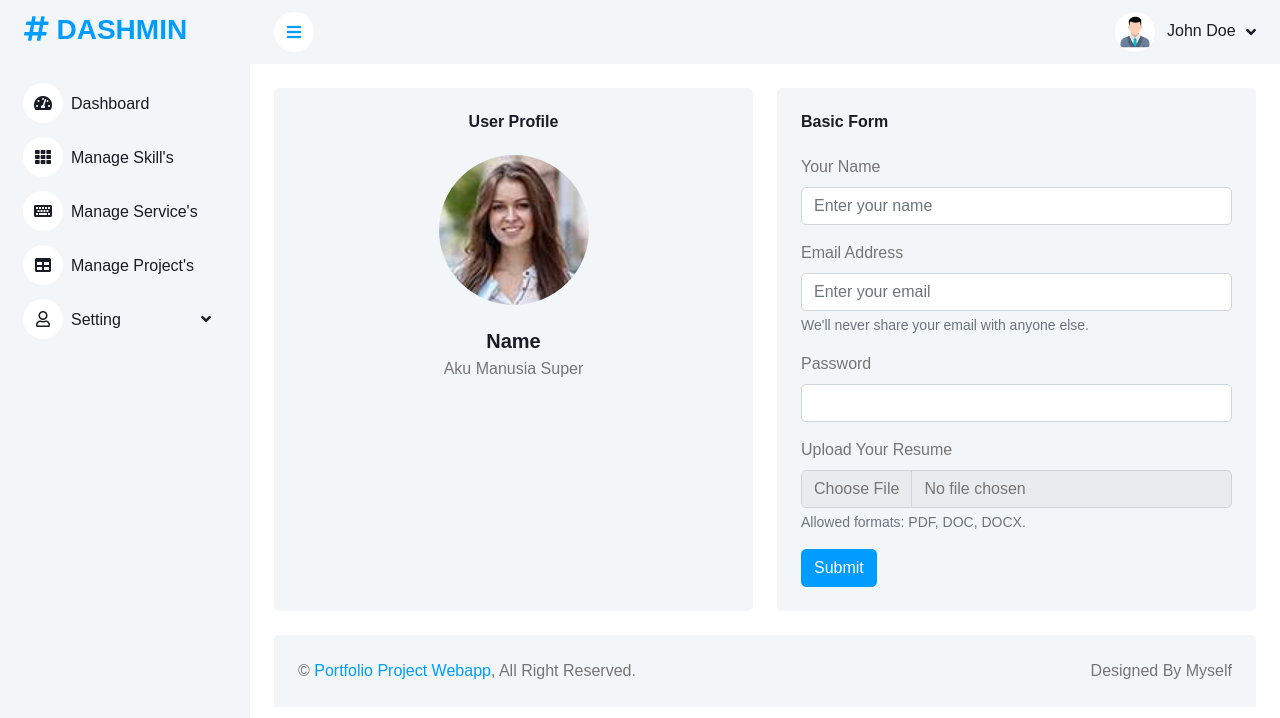
Repository: h4fizm/management-portfolio-project-webapp
Page: http://localhost/profile
The author's editor kept a copy of each file at every save. The page is drawn from the files as they stood at one save, then again after a run of saves.
The browser window is 1280 px wide. The pictures show the whole page.
Some web fonts or font styles are not loaded; a fallback is used. Some web libraries are served in a nearby version. The page is served by the project's Laravel application, run on PHP 8.4 with Laravel 12. A made-up administrator, Test User (test@example.com), is signed in. Other server files are loaded and not shown.

Above is the page before, as saved 2025-01-15 03:10:57.
Console error: TypeError: Cannot read properties of undefined (reading 'getContext')

### routes/web.php
<?php

use Illuminate\Support\Facades\Route;
use App\Http\Controllers\AuthController;
use App\Http\Controllers\DashboardController;
use App\Http\Controllers\ProfileController;

Route::get('/', function () {
    return view('LandingPage');
});

Route::get('/login', [AuthController::class, 'showLoginPage'])->name('login.page');
Route::post('/login', [AuthController::class, 'login'])->name('login');

Route::get('/register', [AuthController::class, 'showRegisterPage'])->name('register.page');
Route::post('/register', [AuthController::class, 'register'])->name('register');

Route::post('/logout', [AuthController::class, 'logout'])->name('logout');

// Lindungi route dashboard dengan middleware auth
Route::get('/dashboard', [DashboardController::class, 'showMainPage'])->middleware('auth')->name('dashboard');
Route::get('/profile', [ProfileController::class, 'showProfilePage'])->middleware('auth')->name('profile');

### app/Models/User.php
<?php

namespace App\Models;

use Illuminate\Database\Eloquent\Factories\HasFactory;
use Illuminate\Database\Eloquent\Model;
use Illuminate\Foundation\Auth\User as Authenticatable;

class User extends Authenticatable
{
    use HasFactory;

    // Tentukan tabel yang digunakan
    protected $table = 'user';

    // Tentukan kolom yang dapat diisi
    protected $fillable = ['name', 'email', 'password', 'upload_resume'];

    // Sembunyikan kolom tertentu saat serialisasi
    protected $hidden = ['password', 'remember_token'];
}

### app/Http/Controllers/ProfileController.php
<?php

namespace App\Http\Controllers;

use Illuminate\Http\Request;

class ProfileController extends Controller
{
    public function showProfilePage()
    {
        return view('menu.profile');
    }
}

### resources/views/menu/profile.blade.php
@extends('MainPage')
@section('title', 'User Profile')
@section('content')
<div class="container-fluid pt-4 px-4">
    <div class="row g-4">
        <!-- Bagian Kiri: Foto dan Nama -->
        <div class="col-lg-6">
            <div class="bg-light rounded h-100 p-4 text-center">
                <h6 class="mb-4">User Profile</h6>
                <div class="testimonial-item">
                    <img class="img-fluid rounded-circle mx-auto mb-4"
                         src="{{ asset('DashPage/img/testimonial-1.jpg') }}"
                         style="width: 150px; height: 150px;">
                    <h5 class="mb-1">Name</h5>
                    <p class="mb-0">Aku Manusia Super</p>
                </div>
            </div>
        </div>

        <!-- Bagian Kanan: Formulir -->
        <div class="col-lg-6">
            <div class="bg-light rounded h-100 p-4">
                <h6 class="mb-4">Basic Form</h6>
                <form>
                    <!-- Input Nama -->
                    <div class="mb-3">
                        <label for="exampleInputName" class="form-label">Your Name</label>
                        <input type="text" class="form-control" id="exampleInputName" name="name" placeholder="Enter your name">
                    </div>

                    <!-- Input Email -->
                    <div class="mb-3">
                        <label for="exampleInputEmail" class="form-label">Email Address</label>
                        <input type="email" class="form-control" id="exampleInputEmail" name="email" placeholder="Enter your email">
                        <div id="emailHelp" class="form-text">We'll never share your email with anyone else.</div>
                    </div>

                    <!-- Input Password -->
                    <div class="mb-3">
                        <label for="exampleInputPassword1" class="form-label">Password</label>
                        <input type="password" class="form-control" id="exampleInputPassword1" name="password">
                    </div>

                    <!-- Input File untuk Resume -->
                    <div class="mb-3">
                        <label for="formFileResume" class="form-label">Upload Your Resume</label>
                        <input class="form-control" type="file" id="formFileResume" name="resume" accept=".pdf,.doc,.docx">
                        <div id="fileHelp" class="form-text">Allowed formats: PDF, DOC, DOCX.</div>
                    </div>

                    <!-- Submit Button -->
                    <button type="submit" class="btn btn-primary">Submit</button>
                </form>
            </div>
        </div>
    </div>
</div>
@endsection

### resources/views/MainPage.blade.php
<!DOCTYPE html>
<html lang="en">

<head>
    <meta charset="utf-8">
    <title>@yield('title')</title>
    <meta content="width=device-width, initial-scale=1.0" name="viewport">
    <meta content="" name="keywords">
    <meta content="" name="description">

    <!-- Favicon -->
    <link href="img/favicon.ico" rel="icon">

    <!-- Google Web Fonts -->
    <link rel="preconnect" href="https://fonts.googleapis.com">
    <link rel="preconnect" href="https://fonts.gstatic.com" crossorigin>
    <link href="https://fonts.googleapis.com/css2?family=Heebo:wght@400;500;600;700&display=swap" rel="stylesheet">

    <!-- Icon Font Stylesheet -->
    <link href="https://cdnjs.cloudflare.com/ajax/libs/font-awesome/5.10.0/css/all.min.css" rel="stylesheet">
    <link href="https://cdn.jsdelivr.net/npm/bootstrap-icons@1.4.1/font/bootstrap-icons.css" rel="stylesheet">

    <!-- Libraries Stylesheet -->
    <link href="{{ asset('DashPage/lib/owlcarousel/assets/owl.carousel.min.css')}}" rel="stylesheet">
    <link href="{{ asset('DashPage/lib/tempusdominus/css/tempusdominus-bootstrap-4.min.css')}}" rel="stylesheet" />

    <!-- Customized Bootstrap Stylesheet -->
    <link href="{{ asset('DashPage/css/bootstrap.min.css')}}" rel="stylesheet">

    <!-- Template Stylesheet -->
    <link href="{{ asset('DashPage/css/style.css')}}" rel="stylesheet">
</head>

<body>
    <div class="container-xxl position-relative bg-white d-flex p-0">
        <!-- Spinner Start -->
        <div id="spinner" class="show bg-white position-fixed translate-middle w-100 vh-100 top-50 start-50 d-flex align-items-center justify-content-center">
            <div class="spinner-border text-primary" style="width: 3rem; height: 3rem;" role="status">
                <span class="sr-only">Loading...</span>
            </div>
        </div>
        <!-- Spinner End -->


        <!-- Sidebar Start -->
        @include('partials.sidebar')
        <!-- Sidebar End -->


        <!-- Content Start -->
        <div class="content">
            <!-- Navbar Start -->
            @include('partials.header')
            <!-- Navbar End -->


            <!-- Main Content -->
             @yield('content')
            <!-- End Main Content -->

            <!-- Footer Start -->
             @include('partials.footer')
            <!-- Footer End -->
        </div>
        <!-- Content End -->


        <!-- Back to Top -->
        {{-- <a href="#" class="btn btn-lg btn-primary btn-lg-square back-to-top"><i class="bi bi-arrow-up"></i></a> --}}
    </div>

    <!-- JavaScript Libraries -->
    <script src="https://code.jquery.com/jquery-3.4.1.min.js"></script>
    <script src="https://cdn.jsdelivr.net/npm/bootstrap@5.0.0/dist/js/bootstrap.bundle.min.js"></script>
    <script src="{{ asset('DashPage/lib/chart/chart.min.js')}}"></script>
    <script src="{{ asset('DashPage/lib/easing/easing.min.js')}}"></script>
    <script src="{{ asset('DashPage/lib/waypoints/waypoints.min.js')}}"></script>
    <script src="{{ asset('DashPage/lib/owlcarousel/owl.carousel.min.js')}}"></script>
    <script src="{{ asset('DashPage/lib/tempusdominus/js/moment.min.js')}}"></script>
    <script src="{{ asset('DashPage/lib/tempusdominus/js/moment-timezone.min.js')}}"></script>
    <script src="{{ asset('DashPage/lib/tempusdominus/js/tempusdominus-bootstrap-4.min.js')}}"></script>

    <!-- Template Javascript -->
    <script src="{{ asset('DashPage/js/main.js')}}"></script>
</body>

</html>

### resources/views/partials/sidebar.blade.php
<div class="sidebar pe-4 pb-3">
    <nav class="navbar bg-light navbar-light">
        <a href="{{ route('dashboard') }}" class="navbar-brand mx-4 mb-3">
            <h3 class="text-primary"><i class="fa fa-hashtag me-2"></i>DASHMIN</h3>
        </a>
        <div class="navbar-nav w-100">
            <a href="{{ route('dashboard') }}" class="nav-item nav-link @if(Route::currentRouteName() == 'dashboard') active @endif">
                <i class="fa fa-tachometer-alt me-2"></i>Dashboard
            </a>
            <a href="#" class="nav-item nav-link">
                <i class="fa fa-th me-2"></i>Manage Skill's
            </a>
            <a href="#" class="nav-item nav-link">
                <i class="fa fa-keyboard me-2"></i>Manage Service's
            </a>
            <a href="#" class="nav-item nav-link">
                <i class="fa fa-table me-2"></i>Manage Project's
            </a>
            <div class="nav-item dropdown">
                <a href="#" class="nav-link dropdown-toggle" data-bs-toggle="dropdown">
                    <i class="far fa-user me-2"></i>Setting
                </a>
                <div class="dropdown-menu bg-transparent border-0">
                    <a href="#" class="dropdown-item">Manage User</a>
                    <a href="{{ route('profile') }}" class="dropdown-item @if(Route::currentRouteName() == 'profile') active @endif">My Profile</a>
                </div>
            </div>
        </div>
    </nav>
</div>

### resources/views/partials/header.blade.php
<nav class="navbar navbar-expand bg-light navbar-light sticky-top px-4 py-0">
    <a href="index.html" class="navbar-brand d-flex d-lg-none me-4">
        <h2 class="text-primary mb-0"><i class="fa fa-hashtag"></i></h2>
    </a>
    <a href="#" class="sidebar-toggler flex-shrink-0">
        <i class="fa fa-bars"></i>
    </a>
    <div class="navbar-nav align-items-center ms-auto">
        <div class="nav-item dropdown">
            <a href="#" class="nav-link dropdown-toggle" data-bs-toggle="dropdown">
                <img class="rounded-circle me-lg-2" src="{{ asset('DashPage/img/user.jpg') }}" alt="" style="width: 40px; height: 40px;">
                <span class="d-none d-lg-inline-flex">John Doe</span>
            </a>
            <div class="dropdown-menu dropdown-menu-end bg-light border-0 rounded-0 rounded-bottom m-0">
                <a href="#" class="dropdown-item">My Profile</a>
                <a href="#" class="dropdown-item" onclick="event.preventDefault(); document.getElementById('logout-form').submit();">
                    Log Out
                </a>
                <form id="logout-form" action="{{ route('logout') }}" method="POST" style="display: none;">
                    @csrf
                </form>
            </div>
        </div>
    </div>
</nav>

### resources/views/partials/footer.blade.php
<div class="container-fluid pt-4 px-4">
    <div class="bg-light rounded-top p-4">
        <div class="row">
            <div class="col-12 col-sm-6 text-center text-sm-start">
                &copy; <a href="">Portfolio Project Webapp</a>, All Right Reserved.
            </div>
            <div class="col-12 col-sm-6 text-center text-sm-end">
                <!--/*** This template is free as long as you keep the footer author’s credit link/attribution link/backlink. If you'd like to use the template without the footer author’s credit link/attribution link/backlink, you can purchase the Credit Removal License from "https://htmlcodex.com/credit-removal". Thank you for your support. ***/-->
                Designed By Myself</a>
            </div>
        </div>
    </div>
</div>

### public/DashPage/css/style.css
/********** Template CSS **********/
:root {
    --primary: #009CFF;
    --light: #F3F6F9;
    --dark: #191C24;
}

.back-to-top {
    position: fixed;
    display: none;
    right: 45px;
    bottom: 45px;
    z-index: 99;
}


/*** Spinner ***/
#spinner {
    opacity: 0;
    visibility: hidden;
    transition: opacity .5s ease-out, visibility 0s linear .5s;
    z-index: 99999;
}

#spinner.show {
    transition: opacity .5s ease-out, visibility 0s linear 0s;
    visibility: visible;
    opacity: 1;
}


/*** Button ***/
.btn {
    transition: .5s;
}

.btn.btn-primary {
    color: #FFFFFF;
}

.btn-square {
    width: 38px;
    height: 38px;
}

.btn-sm-square {
    width: 32px;
    height: 32px;
}

.btn-lg-square {
    width: 48px;
    height: 48px;
}

.btn-square,
.btn-sm-square,
.btn-lg-square {
    padding: 0;
    display: inline-flex;
    align-items: center;
    justify-content: center;
    font-weight: normal;
    border-radius: 50px;
}


/*** Layout ***/
.sidebar {
    position: fixed;
    top: 0;
    left: 0;
    bottom: 0;
    width: 250px;
    height: 100vh;
    overflow-y: auto;
    background: var(--light);
    transition: 0.5s;
    z-index: 999;
}

.content {
    margin-left: 250px;
    min-height: 100vh;
    background: #FFFFFF;
    transition: 0.5s;
}

@media (min-width: 992px) {
    .sidebar {
        margin-left: 0;
    }

    .sidebar.open {
        margin-left: -250px;
    }

    .content {
        width: calc(100% - 250px);
    }

    .content.open {
        width: 100%;
        margin-left: 0;
    }
}

@media (max-width: 991.98px) {
    .sidebar {
        margin-left: -250px;
    }

    .sidebar.open {
        margin-left: 0;
    }

    .content {
        width: 100%;
        margin-left: 0;
    }
}


/*** Navbar ***/
.sidebar .navbar .navbar-nav .nav-link {
    padding: 7px 20px;
    color: var(--dark);
    font-weight: 500;
    border-left: 3px solid var(--light);
    border-radius: 0 30px 30px 0;
    outline: none;
}

.sidebar .navbar .navbar-nav .nav-link:hover,
.sidebar .navbar .navbar-nav .nav-link.active {
    color: var(--primary);
    background: #FFFFFF;
    border-color: var(--primary);
}

.sidebar .navbar .navbar-nav .nav-link i {
    width: 40px;
    height: 40px;
    display: inline-flex;
    align-items: center;
    justify-content: center;
    background: #FFFFFF;
    border-radius: 40px;
}

.sidebar .navbar .navbar-nav .nav-link:hover i,
.sidebar .navbar .navbar-nav .nav-link.active i {
    background: var(--light);
}

.sidebar .navbar .dropdown-toggle::after {
    position: absolute;
    top: 15px;
    right: 15px;
    border: none;
    content: "\f107";
    font-family: "Font Awesome 5 Free";
    font-weight: 900;
    transition: .5s;
}

.sidebar .navbar .dropdown-toggle[aria-expanded=true]::after {
    transform: rotate(-180deg);
}

.sidebar .navbar .dropdown-item {
    padding-left: 25px;
    border-radius: 0 30px 30px 0;
}

.content .navbar .navbar-nav .nav-link {
    margin-left: 25px;
    padding: 12px 0;
    color: var(--dark);
    outline: none;
}

.content .navbar .navbar-nav .nav-link:hover,
.content .navbar .navbar-nav .nav-link.active {
    color: var(--primary);
}

.content .navbar .sidebar-toggler,
.content .navbar .navbar-nav .nav-link i {
    width: 40px;
    height: 40px;
    display: inline-flex;
    align-items: center;
    justify-content: center;
    background: #FFFFFF;
    border-radius: 40px;
}

.content .navbar .dropdown-toggle::after {
    margin-left: 6px;
    vertical-align: middle;
    border: none;
    content: "\f107";
    font-family: "Font Awesome 5 Free";
    font-weight: 900;
    transition: .5s;
}

.content .navbar .dropdown-toggle[aria-expanded=true]::after {
    transform: rotate(-180deg);
}

@media (max-width: 575.98px) {
    .content .navbar .navbar-nav .nav-link {
        margin-left: 15px;
    }
}


/*** Date Picker ***/
.bootstrap-datetimepicker-widget.bottom {
    top: auto !important;
}

.bootstrap-datetimepicker-widget .table * {
    border-bottom-width: 0px;
}

.bootstrap-datetimepicker-widget .table th {
    font-weight: 500;
}

.bootstrap-datetimepicker-widget.dropdown-menu {
    padding: 10px;
    border-radius: 2px;
}

.bootstrap-datetimepicker-widget table td.active,
.bootstrap-datetimepicker-widget table td.active:hover {
    background: var(--primary);
}

.bootstrap-datetimepicker-widget table td.today::before {
    border-bottom-color: var(--primary);
}


/*** Testimonial ***/
.progress .progress-bar {
    width: 0px;
    transition: 2s;
}


/*** Testimonial ***/
.testimonial-carousel .owl-dots {
    margin-top: 24px;
    display: flex;
    align-items: flex-end;
    justify-content: center;
}

.testimonial-carousel .owl-dot {
    position: relative;
    display: inline-block;
    margin: 0 5px;
    width: 15px;
    height: 15px;
    border: 5px solid var(--primary);
    border-radius: 15px;
    transition: .5s;
}

.testimonial-carousel .owl-dot.active {
    background: var(--dark);
    border-color: var(--primary);
}

### public/DashPage/js/main.js
(function ($) {
    "use strict";

    // Spinner
    var spinner = function () {
        setTimeout(function () {
            if ($('#spinner').length > 0) {
                $('#spinner').removeClass('show');
            }
        }, 1);
    };
    spinner();


    // Back to top button
    $(window).scroll(function () {
        if ($(this).scrollTop() > 300) {
            $('.back-to-top').fadeIn('slow');
        } else {
            $('.back-to-top').fadeOut('slow');
        }
    });
    $('.back-to-top').click(function () {
        $('html, body').animate({scrollTop: 0}, 1500, 'easeInOutExpo');
        return false;
    });


    // Sidebar Toggler
    $('.sidebar-toggler').click(function () {
        $('.sidebar, .content').toggleClass("open");
        return false;
    });


    // Progress Bar
    $('.pg-bar').waypoint(function () {
        $('.progress .progress-bar').each(function () {
            $(this).css("width", $(this).attr("aria-valuenow") + '%');
        });
    }, {offset: '80%'});


    // Calender
    $('#calender').datetimepicker({
        inline: true,
        format: 'L'
    });


    // Testimonials carousel
    $(".testimonial-carousel").owlCarousel({
        autoplay: true,
        smartSpeed: 1000,
        items: 1,
        dots: true,
        loop: true,
        nav : false
    });


    // Worldwide Sales Chart
    var ctx1 = $("#worldwide-sales").get(0).getContext("2d");
    var myChart1 = new Chart(ctx1, {
        type: "bar",
        data: {
            labels: ["2016", "2017", "2018", "2019", "2020", "2021", "2022"],
            datasets: [{
                    label: "USA",
                    data: [15, 30, 55, 65, 60, 80, 95],
                    backgroundColor: "rgba(0, 156, 255, .7)"
                },
                {
                    label: "UK",
                    data: [8, 35, 40, 60, 70, 55, 75],
                    backgroundColor: "rgba(0, 156, 255, .5)"
                },
                {
                    label: "AU",
                    data: [12, 25, 45, 55, 65, 70, 60],
                    backgroundColor: "rgba(0, 156, 255, .3)"
                }
            ]
            },
        options: {
            responsive: true
        }
    });


    // Salse & Revenue Chart
    var ctx2 = $("#salse-revenue").get(0).getContext("2d");
    var myChart2 = new Chart(ctx2, {
        type: "line",
        data: {
            labels: ["2016", "2017", "2018", "2019", "2020", "2021", "2022"],
            datasets: [{
                    label: "Salse",
                    data: [15, 30, 55, 45, 70, 65, 85],
                    backgroundColor: "rgba(0, 156, 255, .5)",
                    fill: true
                },
                {
                    label: "Revenue",
                    data: [99, 135, 170, 130, 190, 180, 270],
                    backgroundColor: "rgba(0, 156, 255, .3)",
                    fill: true
                }
            ]
            },
        options: {
            responsive: true
        }
    });



    // Single Line Chart
    var ctx3 = $("#line-chart").get(0).getContext("2d");
    var myChart3 = new Chart(ctx3, {
        type: "line",
        data: {
            labels: [50, 60, 70, 80, 90, 100, 110, 120, 130, 140, 150],
            datasets: [{
                label: "Salse",
                fill: false,
                backgroundColor: "rgba(0, 156, 255, .3)",
                data: [7, 8, 8, 9, 9, 9, 10, 11, 14, 14, 15]
            }]
        },
        options: {
            responsive: true
        }
    });


    // Single Bar Chart
    var ctx4 = $("#bar-chart").get(0).getContext("2d");
    var myChart4 = new Chart(ctx4, {
        type: "bar",
        data: {
            labels: ["Italy", "France", "Spain", "USA", "Argentina"],
            datasets: [{
                backgroundColor: [
                    "rgba(0, 156, 255, .7)",
                    "rgba(0, 156, 255, .6)",
                    "rgba(0, 156, 255, .5)",
                    "rgba(0, 156, 255, .4)",
                    "rgba(0, 156, 255, .3)"
                ],
                data: [55, 49, 44, 24, 15]
            }]
        },
        options: {
            responsive: true
        }
    });


    // Pie Chart
    var ctx5 = $("#pie-chart").get(0).getContext("2d");
    var myChart5 = new Chart(ctx5, {
        type: "pie",
        data: {
            labels: ["Italy", "France", "Spain", "USA", "Argentina"],
            datasets: [{
                backgroundColor: [
                    "rgba(0, 156, 255, .7)",
                    "rgba(0, 156, 255, .6)",
                    "rgba(0, 156, 255, .5)",
                    "rgba(0, 156, 255, .4)",
                    "rgba(0, 156, 255, .3)"
                ],
                data: [55, 49, 44, 24, 15]
            }]
        },
        options: {
            responsive: true
        }
    });


    // Doughnut Chart
    var ctx6 = $("#doughnut-chart").get(0).getContext("2d");
    var myChart6 = new Chart(ctx6, {
        type: "doughnut",
        data: {
            labels: ["Italy", "France", "Spain", "USA", "Argentina"],
            datasets: [{
                backgroundColor: [
                    "rgba(0, 156, 255, .7)",
                    "rgba(0, 156, 255, .6)",
                    "rgba(0, 156, 255, .5)",
                    "rgba(0, 156, 255, .4)",
                    "rgba(0, 156, 255, .3)"
                ],
                data: [55, 49, 44, 24, 15]
            }]
        },
        options: {
            responsive: true
        }
    });


})(jQuery);

Loaded but not shown: app/Http/Controllers/Controller.php (common file); public/DashPage/lib/owlcarousel/assets/owl.carousel.min.css (common file); public/DashPage/lib/tempusdominus/css/tempusdominus-bootstrap-4.min.css (library); public/DashPage/css/bootstrap.min.css (library); public/DashPage/lib/chart/chart.min.js (library); public/DashPage/lib/easing/easing.min.js (common file); public/DashPage/lib/waypoints/waypoints.min.js (library); public/DashPage/lib/owlcarousel/owl.carousel.min.js (library); public/DashPage/lib/tempusdominus/js/moment.min.js (library); public/DashPage/lib/tempusdominus/js/moment-timezone.min.js (library); public/DashPage/lib/tempusdominus/js/tempusdominus-bootstrap-4.min.js (library)

After the next 2 saves:
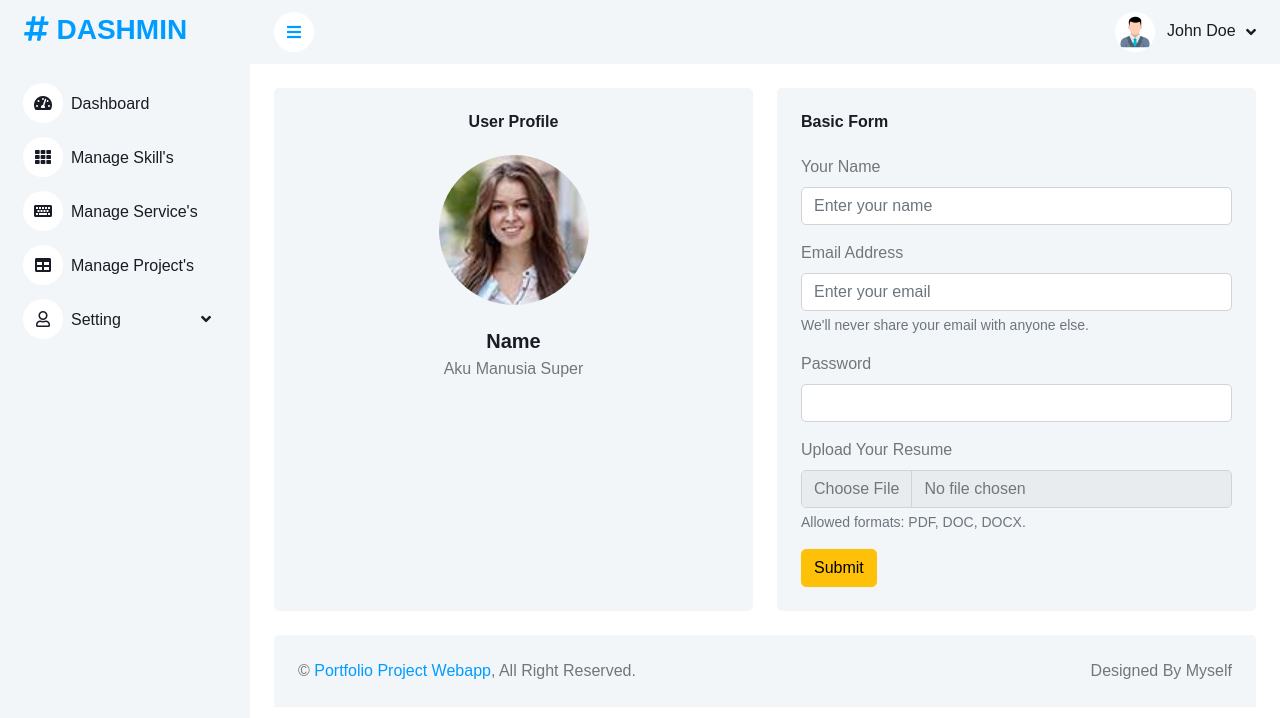
The 2 saves are shown as one change because they came seconds apart.
The last was saved 29 s later.
--- a/resources/views/menu/profile.blade.php
+++ b/resources/views/menu/profile.blade.php
@@ -49,7 +49,7 @@
                     </div>
 
                     <!-- Submit Button -->
-                    <button type="submit" class="btn btn-primary">Submit</button>
+                    <button type="submit" class="btn btn-warning">Submit</button>
                 </form>
             </div>
         </div>
